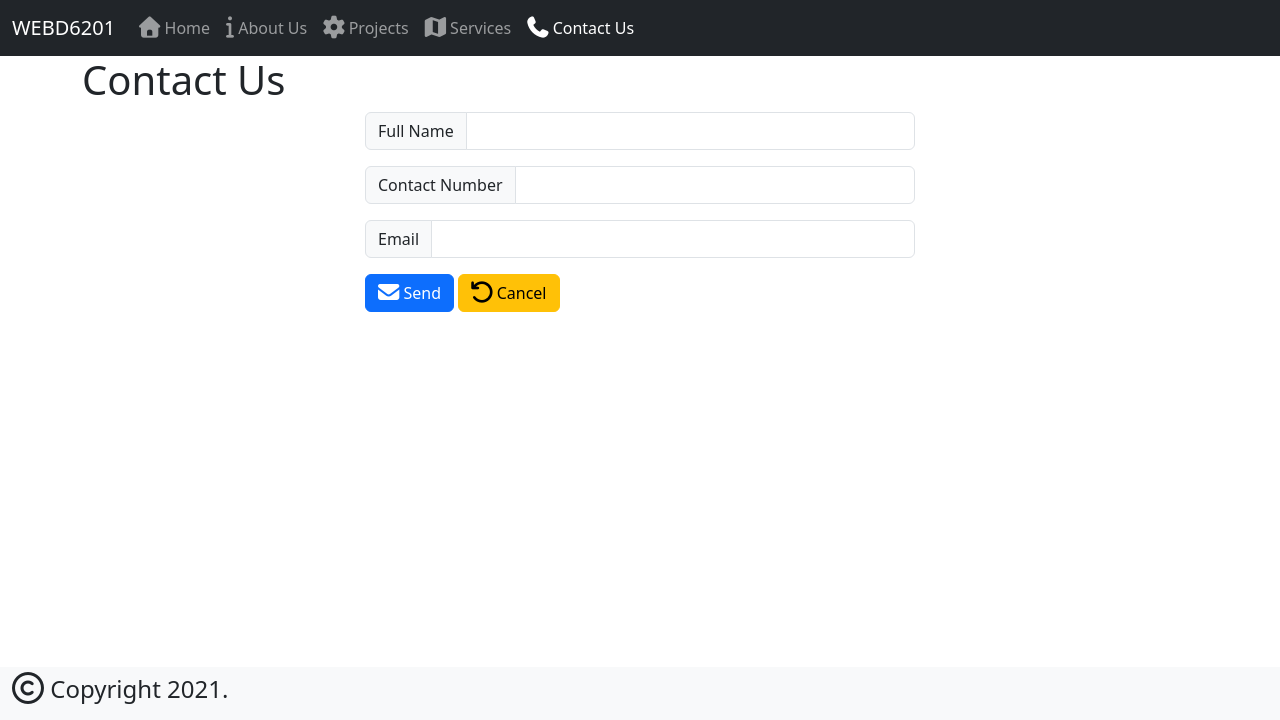
Repository: YiuWingLau/WEBD6201-W2021-ICE2a
Page: WEBD6201-W2021-ICE2a-main/contact.html
These files come from the project's save history. The page is drawn as it stood at one moment and after the next save; the edit follows.
The browser window is 1280 px wide. The pictures show the whole page.
Some web libraries are served in a nearby version.

Above is the page before, as saved 2021-01-29 14:05:33.

### WEBD6201-W2021-ICE2a-main/contact.html
<!DOCTYPE html>
<html lang="en">
<head>
    <meta charset="UTF-8">
    <meta name="viewport" content="width=device-width, initial-scale=1.0">
    <title>Contact</title>
    <!-- CSS Section -->
    <link rel="stylesheet" href="./node_modules/bootstrap/dist/css/bootstrap.min.css">
    <link rel="stylesheet" href="./node_modules/@fortawesome/fontawesome-free/css/all.min.css">
    <link rel="stylesheet" href="./Content/app.css">
</head>
<body>
    <!-- Main Header -->
    <header>
        <!-- Main Navigation -->
        <nav class="navbar navbar-expand-lg navbar-dark bg-dark">
            <div class="container-fluid">
              <a class="navbar-brand" href="index.html">WEBD6201</a>
              <button class="navbar-toggler" type="button" data-bs-toggle="collapse" data-bs-target="#navbarSupportedContent" aria-controls="navbarSupportedContent" aria-expanded="false" aria-label="Toggle navigation">
                <span class="navbar-toggler-icon"></span>
              </button>
              <div class="collapse navbar-collapse" id="navbarSupportedContent">
                <ul class="navbar-nav me-auto mb-2 mb-lg-0">
                  <li class="nav-item">
                    <a class="nav-link" aria-current="page" href="index.html"><i class="fas fa-home fa-lg"></i> Home</a>
                  </li>

                  <li class="nav-item">
                    <a class="nav-link" aria-current="page" href="about.html"><i class="fas fa-info fa-lg"></i> About Us</a>
                  </li>

                  <li class="nav-item">
                    <a class="nav-link" aria-current="page" href="projects.html"><i class="fas fa-cog fa-lg"></i> Projects</a>
                  </li>

                  <li class="nav-item">
                    <a class="nav-link" aria-current="page" href="services.html"><i class="fas fa-map fa-lg"></i> Services</a>
                  </li>

                  <li class="nav-item">
                    <a class="nav-link active" aria-current="page" href="contact.html"><i class="fas fa-phone fa-lg"></i> Contact Us</a>
                  </li>
                </ul>
              </div>
            </div>
          </nav>
    </header>

    <!-- Main Content -->
    <main class="container">
        <h1>Contact Us</h1>
        <div id="messageArea"></div>

        <div class="row justify-content-lg-center g-3">
          <form class="col-lg-6 col-md-10 col-sm-10">

            <div class="input-group mb-3">
              <span class="input-group-text" id="inputGroup-sizing-default">Full Name </span>
              <input id="fullName" type="text" class="form-control" aria-label="Full Name" aria-describedby="Full Name Input"
              name="fullName" required>
            </div>

            <div class="input-group mb-3">
              <span class="input-group-text" id="inputGroup-sizing-default">Contact Number</span>
              <input id="contactNumber" type="tel" class="form-control" aria-label="Contact Number" aria-describedby="Contact Number Input"
              name="contactNumber" required>
            </div>

            <div class="input-group mb-3">
              <span class="input-group-text" id="inputGroup-sizing-default">Email</span>
              <input id="emailAddress" type="email" class="form-control" aria-label="Email Address" aria-describedby="Email Address Input"
              name="emailAddress" required>
            </div>

            <button id="sendButton" type="submit" class="btn btn-primary"><i class="fas fa-envelope fa-lg"></i> Send</button>
            <button id="cancelButton" type="reset" class="btn btn-warning"><i class="fas fa-undo fa-lg"></i> Cancel</button>
          </form>
        </div>


    </main>

    <!-- Main Footer -->
    <footer>
        <nav class="navbar fixed-bottom navbar-light bg-light">
            <div class="container-fluid">
              <h4><i class="far fa-copyright fa-lg"></i> Copyright 2021.</h4>
            </div>
          </nav>
    </footer>

    <!-- Script Section-->
    <script src="./node_modules/jquery/dist/jquery.min.js"></script>
    <script src="./node_modules/bootstrap/dist/js/bootstrap.bundle.min.js"></script>
    <script src="./Scripts/app.js"></script>
</body>
</html>

### WEBD6201-W2021-ICE2a-main/Scripts/app.js
/* custom JavaScript goes here */

//IIFE - Immediately Invoked Function Expression
//AKA - Anonymous Self-Executing Function
//Closure - limits scope leak

"use strict";

(function()
{
    function displayHome()
    {
        let paragraphOneText =
          "This is a simple site to demonstrate DOM Manipulation for ICE 1";

        let paragraphOneElement = document.getElementById("paragraphOne");

        paragraphOneElement.textContent = paragraphOneText;
        paragraphOneElement.className = "fs-5";

        // Step 1. document.createElement
        let newParagraph = document.createElement("p");
        // Step 2. configure the element
        newParagraph.setAttribute("id", "paragraphTwo");
        newParagraph.textContent = "...And this is paragraph two";
        // Step 3. select the parent element
        let mainContent = document.getElementsByTagName("main")[0];
        // Step 4. Add / Insert the element
        mainContent.appendChild(newParagraph);

        newParagraph.className = "fs-6";

        // another way of injecting content
        let paragraphDiv = document.createElement("div");
        let paragraphThree = `<p id="paragraphThree" class="fs-7 fw-bold">And this is the Third Paragraph</p>`;
        paragraphDiv.innerHTML = paragraphThree;

        // insertions

        // example of inserting before a node
        //newParagraph.before(paragraphDiv);

        // example of inserting after a node
        newParagraph.after(paragraphDiv);

        // deletions

        // example of removing a single element
        //paragraphOneElement.remove();

        // example of removeChild
        mainContent.removeChild(paragraphOneElement);

        // update / modification
        //mainContent.firstElementChild.textContent = "Welcome Home!";

        mainContent.innerHTML = `<h1 id="firstHeading">Welcome to WEBD6201 - Lab 1</h1>
         <p id="paragraphOne" class="fs-3 fw-bold">This is my first Paragraph</p>
        `;

    }

    function displayAbout()
    {

    }

    function displayProjects()
    {

    }

    function displayServices()
    {

    }

    function displayContact()
    {
        let messageArea = document.getElementById("messageArea");
        messageArea.hidden = true;

        // form validation
        let fullName = document.getElementById("fullName");
        fullName.addEventListener("blur", function() {
            if(fullName.value.length < 2)
            {
                fullName.focus();
                fullName.select();
                messageArea.hidden = false;
                messageArea.className = "alert alert-danger";
                messageArea.textContent = "Please enter an appropriate Name";
            }
            else
            {
                messageArea.removeAttribute("class");
                messageArea.hidden = true;
            }
        });

        let sendButton = document.getElementById("sendButton");
        sendButton.addEventListener("click", function(event){
            //event.preventDefault();

            let contact = new Contact(fullName.value, contactNumber.value, emailAddress.value);
            localStorage.setItem((localStorage.length + 1).toString(), contact.serialize());
        });
    }

    function displayContactList()
    {
      if(localStorage.length > 0)
      {
        let contactList = document.getElementById("contactList");
        let data = "";
        for (let index = 1; index < localStorage.length + 1; index++)
        {

          let serializedContact = localStorage.getItem(index.toString());
          let contact = new Contact();
          contact.deserialize(serializedContact);

          data += `<tr>
          <th scope="row">${index}</th>
          <td>${contact.fullName}</td>
          <td>${contact.contactNumber}</td>
          <td>${contact.emailAddress}</td>
        </tr>`
        }
        contactList.innerHTML = data;
      }
    }

    function Start()
    {
        console.log("App Started...");

        switch (document.title)
        {
          case "Home":
              displayHome();
            break;
          case "About":
              displayAbout();
            break;
          case "Projects":
              displayProjects();
            break;
          case "Services":
              displayServices();
            break;
          case "Contact-List":
              displayContactList();
            break;
        }
    }

    window.addEventListener("load", Start);

})();

### WEBD6201-W2021-ICE2a-main/Scripts/Contact.js
class Contact
{
  // Constructor
  constructor(fullName="", contactNumber="", emailAddress="")
  {
    this.m_fullName = fullName;
    this.m_contactNumber = contactNumber;
    this.m_emailAddress = emailAddress;
    this.splitFullName();
  }

  // Getters and Setters
  get fullName()
  {
    return this.m_fullName;
  }

  set fullName(full_name)
  {
    this.m_fullName = full_name;
  }

  get contactNumber()
  {
    return this.m_contactNumber;
  }

  set contactNumber(contact_number)
  {
    this.m_contactNumber = contact_number;
  }

  get emailAddress()
  {
    return this.m_emailAddress;
  }

  set emailAddress(email_address)
  {
    this.m_emailAddress = email_address;
  }

  // functions
  splitFullName()
  {
    let names = this.fullName.split(" ")
    this.firstName = names[0];
    this.lastName = names[1];
  }

  /* This method overrides the default toString method for the Contact class */
  toString()
  {
    let contactString = `Full Name     : ${this.fullName}
    Contact Number: ${this.contactNumber}
    Email Address : ${this.emailAddress}`;

    return contactString;
  }

  /**
   * This method converts the Contact to a JSON Object
   *
   * @return {Object}
   */
  toJSON()
  {
    let json = {};
    json.contactNumber = this.contactNumber;
    json.fullName = this.fullName;
    json.emailAddress = this.emailAddress;
    return json;
  }

  /**
   * This method serializes the properties into a comma-separated value string
   * @return {string}
   */
  serialize()
  {
    return `${this.fullName},${this.contactNumber},${this.emailAddress}`;
  }
  /**
   * This method takes a comma-separated string of contact properties and sets the current c
   * contact to these new properties
   *
   * @param {string} data
   * @return {void}
   */
  deserialize(data)
  {
    // create an array of property data
    let properties = data.split(",");
    this.fullName = properties[0];
    this.contactNumber = properties[1];
    this.emailAddress = properties[2];
  }
}

Loaded but not shown: WEBD6201-W2021-ICE2a-main/node_modules/@fortawesome/fontawesome-free/css/all.min.css (library); WEBD6201-W2021-ICE2a-main/Content/app.css (common file)

After the next save:
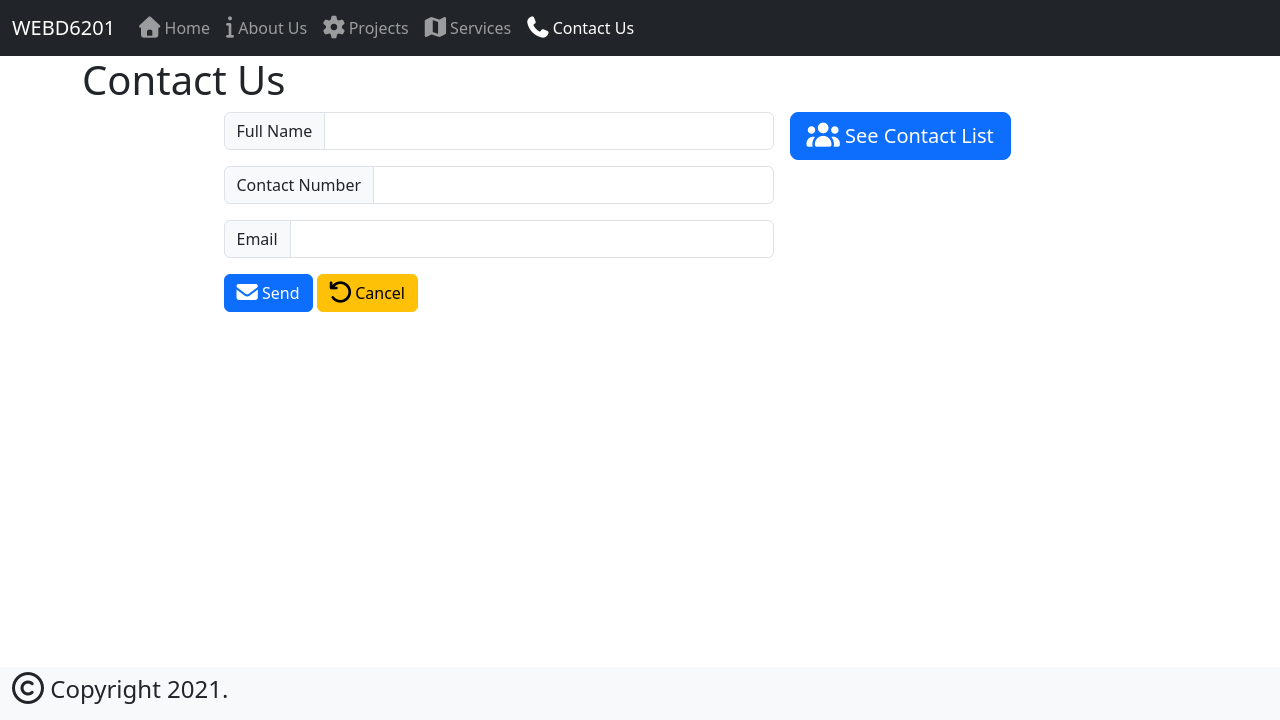
Saved 81 min 48 s later.
--- a/WEBD6201-W2021-ICE2a-main/contact.html
+++ b/WEBD6201-W2021-ICE2a-main/contact.html
@@ -75,6 +75,7 @@
             <button id="sendButton" type="submit" class="btn btn-primary"><i class="fas fa-envelope fa-lg"></i> Send</button>
             <button id="cancelButton" type="reset" class="btn btn-warning"><i class="fas fa-undo fa-lg"></i> Cancel</button>
           </form>
+          <div class="col-lg-3 col-md-3"><a href="contact-list.html" class="btn btn-primary btn-lg"><i class="fas fa-users fa-lg"></i> See Contact List</a></div>
         </div>
 
 
@@ -92,6 +93,8 @@
     <!-- Script Section-->
     <script src="./node_modules/jquery/dist/jquery.min.js"></script>
     <script src="./node_modules/bootstrap/dist/js/bootstrap.bundle.min.js"></script>
+
+    <script src="./Scripts/contact.js"></script>
     <script src="./Scripts/app.js"></script>
 </body>
 </html>
